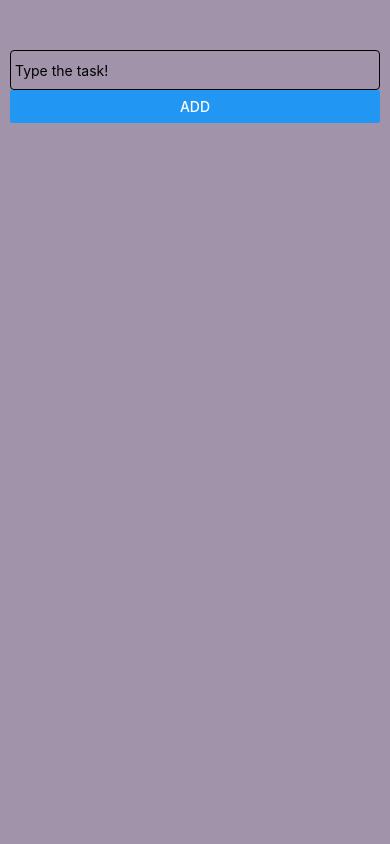
Repository: md-ateeq/ToDoApp
Screen: /
An editor plug-in stored every save of this project. The screen is shown before and after the next save, followed by the edit.
The app was drawn by React Native's web renderer in a window 390 px wide. The project was rebuilt for these pictures with package versions that can differ from the ones it lists, and the page was loaded fresh each time.

Above is the screen before, as saved 2019-09-20 18:26:17.

### App.js
/**
 * Sample React Native App
 * https://github.com/facebook/react-native
 *
 * @format
 * @flow
 */

import React, {Component} from 'react';
import {
  StyleSheet,
  View,
  Text,
  Button,
  TextInput,
} from 'react-native';

export default class createTaskList extends Component {
  constructor(props) {
    super(props);
    this.state = {text: ''};
  }

  addTask(){
    return (
      <Text>{his.state.text}</Text>
    );
  }

  render() {
    return (
      <View style={{padding: 10, backgroundColor: '#a194aa', flex: 1}}>
        <TextInput
          style={{height: 40, marginTop: 40, borderWidth: 1, borderRadius: 4, padding: 4}}
          placeholder="Type the task!"
          onChangeText={(text) => this.setState({text})}
          value={this.state.text}
        />
        <Button
          title="Add"
          style={styles.button}
          onPress={() => { this.addTask() }}
        />
      </View>
    );
  }
}


const styles = StyleSheet.create({
  button: {
    color: '#f194ff',
    borderColor: '#f194ff',
    borderWidth: 1,
    borderRadius: 2
  }
});

After the next save:
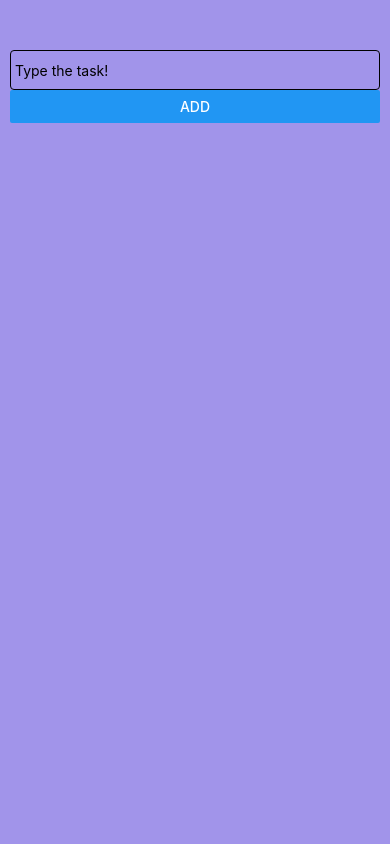
Saved 4 s later.
--- a/App.js
+++ b/App.js
@@ -29,7 +29,7 @@ export default class createTaskList extends Component {
 
   render() {
     return (
-      <View style={{padding: 10, backgroundColor: '#a194aa', flex: 1}}>
+      <View style={{padding: 10, backgroundColor: '#a194ea', flex: 1}}>
         <TextInput
           style={{height: 40, marginTop: 40, borderWidth: 1, borderRadius: 4, padding: 4}}
           placeholder="Type the task!"
